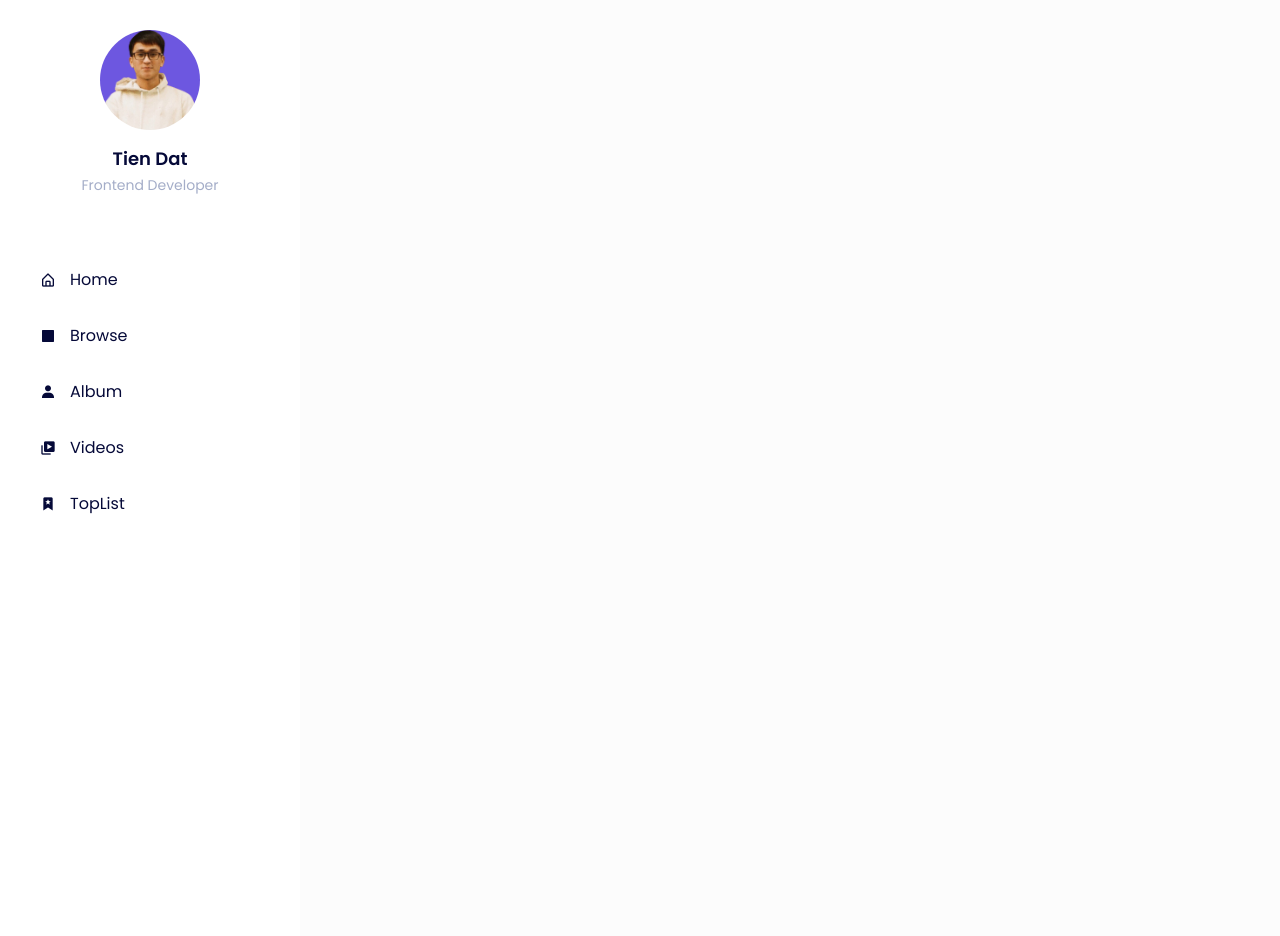
Repository: Datt21/music-webapp
Page: index.html
An editor plug-in stored every save of this project. The page is shown before and after the next save, followed by the edit.
The browser window is 1280 px wide. The pictures show the whole page.
The style sheet was rebuilt from its Sass, Less or Tailwind sources for each picture, by a compiler version that may differ from the author's.

Above is the page before, as saved 2021-09-05 05:00:05.

### index.html
<!DOCTYPE html>
<html lang="en">
<head>
    <meta charset="UTF-8">
    <meta http-equiv="X-UA-Compatible" content="IE=edge">
    <meta name="viewport" content="width=device-width, initial-scale=1.0">
    <title>Music App</title>
    <!--------------- Icon ------------------->
    <link href='https://unpkg.com/boxicons@2.0.9/css/boxicons.min.css' rel='stylesheet'>

    <!-------------- Fonts ------------------>
    <link rel="preconnect" href="https://fonts.gstatic.com" />
    <link
      href="https://fonts.googleapis.com/css2?family=Poppins:wght@300;400;600;700&display=swap"
      rel="stylesheet"
    />

    <!--------------- Css -------------------->
    <link rel="stylesheet" href="./app.css">

</head>
<body>
    <div class="wrapper">
        <div class="sidebar">
            <div class="profile">
                <img src="./images/img-me.jpg" alt="" class="profile-avatar">
                <h3 class="profile-name">Tien Dat</h3>
                <span class="profile-position">Frontend Developer</span>
            </div>

            <ul class="menu">
                <li class="menu-item">
                    <a href="#" class="menu-link">
                        <i class='bx bx-home-alt menu-icon'></i><span>Home</span>
                    </a>
                </li>
                <li class="menu-item">
                    <a href="#" class="menu-link">
                        <i class='bx bxs-square menu-icon'></i><span>Browse</span>
                    </a>
                </li>
                <li class="menu-item">
                    <a href="#" class="menu-link">
                        <i class='bx bxs-user menu-icon'></i><span>Album</span>
                    </a>
                </li>
                <li class="menu-item">
                    <a href="#" class="menu-link">
                        <i class='bx bxs-videos menu-icon'></i><span>Videos</span>
                    </a>
                </li>
                <li class="menu-item">
                    <a href="#" class="menu-link">
                        <i class='bx bxs-bookmark-star menu-icon'></i><span>TopList</span>
                    </a>
                </li>
            </ul>
        </div>
    </div>


    <!--========= JS =======-->
    <script src="./app.js"></script>
</body>
</html>

### app.scss
$gray: #050938;
$gray-light: #a4adc8;
$primary: #2b48d9;
$orange: #fb612c;
$red: #fc2872;

html {
    box-sizing: border-box;
}

* {
    margin: 0;
    padding: 0;
}

*,
*:before,
*:after {
    box-sizing: border-box;
}

input,
textarea,
select,
button {
    outline: none;
    font-family: "Poppins", sans-serif;
    font-size: 14px;
    line-height: normal;
}

label,
button {
    cursor: pointer;
}

a {
    text-decoration: none;
}

img {
    display: block;
    max-width: 100%;
}

ul {
    list-style: none;
}

body {
    font-family: "Poppins", sans-serif;
    font-size: 14px;
    line-height: 1;
    background-color: white;
    color: $gray-light;
    -webkit-font-smoothing: antialiased;
    -moz-osx-font-smoothing: grayscale;
    max-width: 1920px;
    margin: 0 auto;
}

.wrapper {
    display: grid;
    grid-template-columns: 300px 1fr;
    grid-gap: 0;
    background-color: #fcfcfc;
    min-height: 130vh;
}

.sidebar {
    padding: 30px;
    background-color: white;
}

.profile {
    text-align: center;
    margin-bottom: 70px;
    &-avatar {
        width: 100px;
        height: 100px;
        border-radius: 100rem;
        object-fit: cover;
        margin: 0 auto 20px;
        box-shadow: rgba(100, 100, 111, 0.2);
    }
    &-name {
        font-weight: 600;
        font-size: 18px;
        color: $gray;
        margin-bottom: 10px;
    }
}

.menu {
    &-item {
        margin-bottom: 20px;
    }
    &-link {
        display: flex;
        align-items: center;
        padding: 10px;
        color: $gray;
        font-size: 16px;
    }
    &-link:hover {
        color: $primary;
    }
    &-icon {
        width: 25px;
        padding-right: 30px;
    }
}

Loaded but not shown: app.js (no copy from this time; the picture is the same without it)

After the next save:
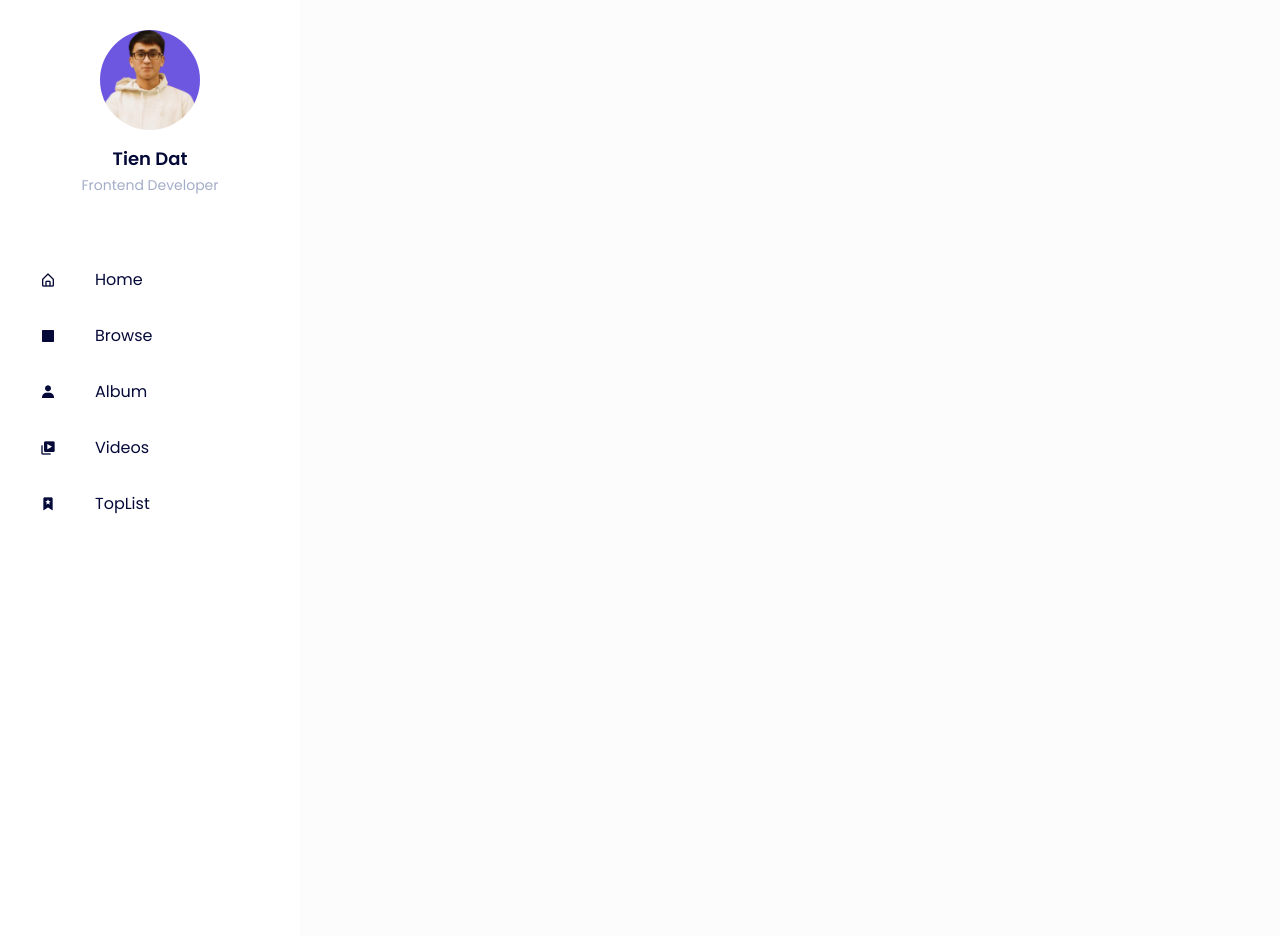
Saved 15 s later.
--- a/app.scss
+++ b/app.scss
@@ -107,6 +107,6 @@
     }
     &-icon {
         width: 25px;
-        padding-right: 30px;
+        margin-right: 30px;
     }
 }
